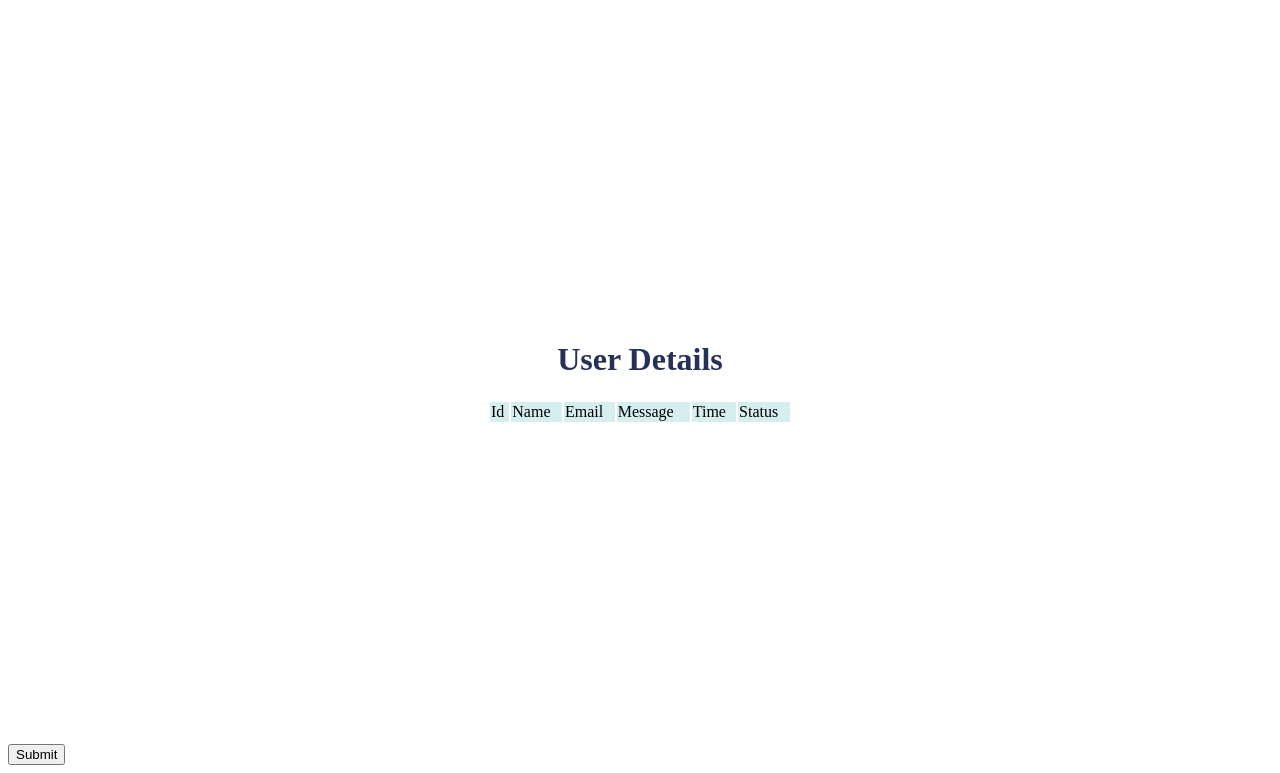
Repository: Shivamkr522/Contact_Us_Page
Page: http://localhost/ContactUs/dashboard
The author's editor kept a copy of each file at every save. The page is drawn from the files as they stood at one save, then again after the next save.
The browser window is 1280 px wide. The pictures show the whole page.
The page is served by Tomcat 9. The session is filled in as if someone had signed in: {"admin": "testuser"}. Queries for data that is not in the repository find no rows.

Above is the page before, as saved 2022-12-12 06:33:51.

After the next save:
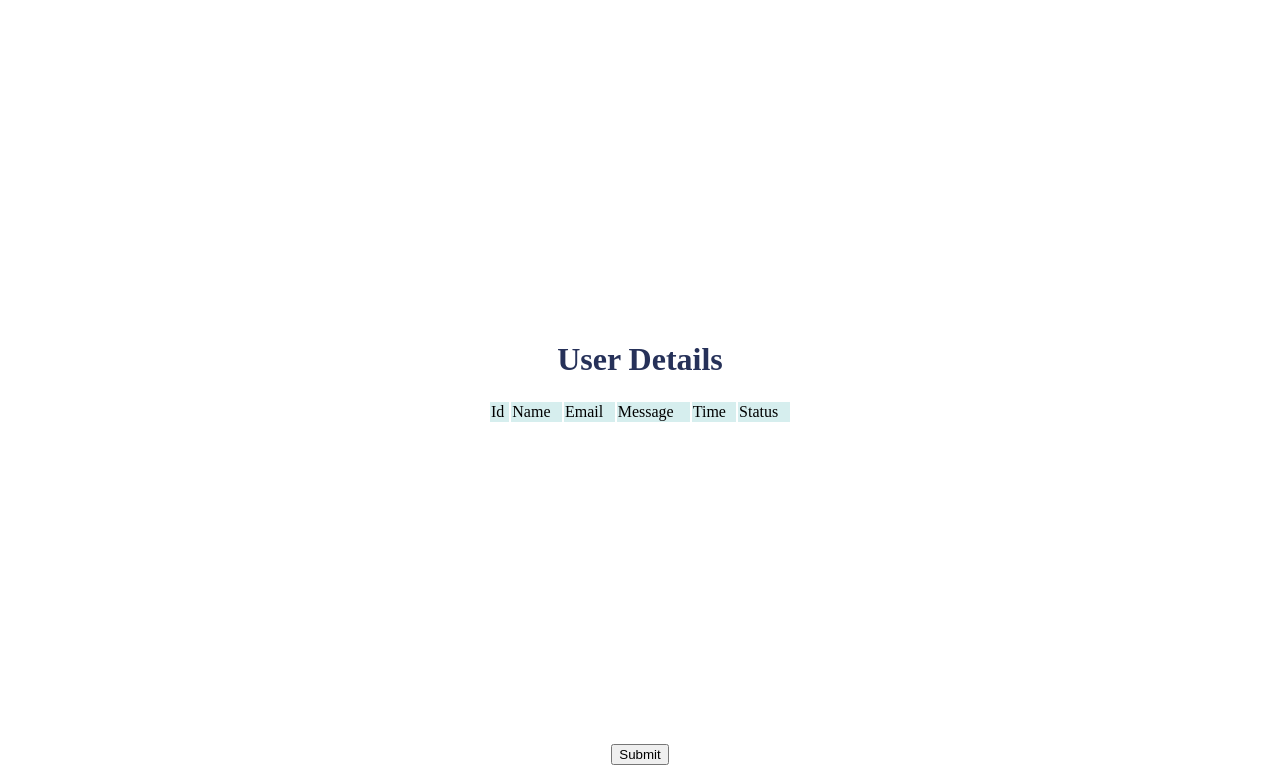
Saved 20 s later.
--- a/ContactUs/src/main/webapp/dashboard.css
+++ b/ContactUs/src/main/webapp/dashboard.css
@@ -27,3 +27,7 @@ button:hover{
 	flex-direction: column;
 	margin: 20rem 30rem;
 }
+
+#logout{
+	text-align: center;
+}
